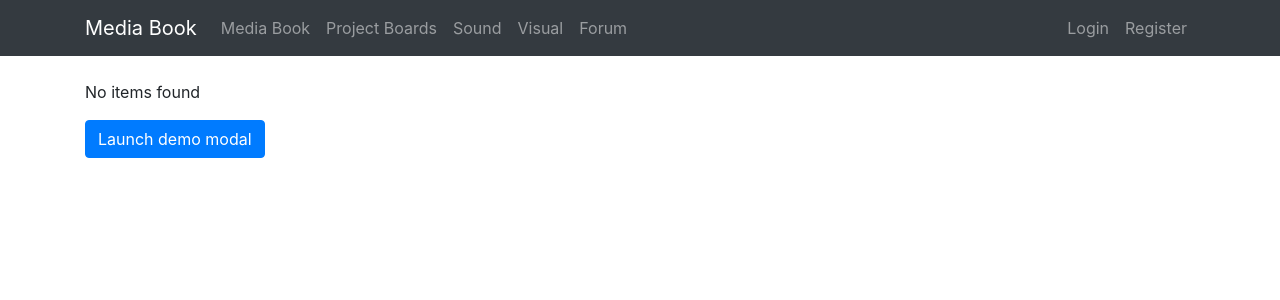
Repository: NateClarkTech/Software-Engineering-3
Page: IdeaBoards/templates/boarddetail.html
An editor plug-in stored every save of this project. The page is shown before and after the next save, followed by the edit.
The browser window is 1280 px wide. The pictures show the whole page.
Some web libraries are served in a nearby version. The template is drawn by Django 5.2. The application's start-up code is not run. Other server files are loaded and not shown. The template is opened directly, without the code that normally fills it, so the values that code supplies are empty.

Above is the page before, as saved 2024-04-11 09:15:23.

### IdeaBoards/templates/boarddetail.html
{% extends 'base.html' %}

{% block title %}{% endblock %}

{% block content %}
<!-- Source: https://getbootstrap.com/docs/5.3/components/modal/ -->
<!-- Modal -->
<div class="modal fade" id="createBoardItem" tabindex="-1" role="dialog" aria-labelledby="CreateItemModalLabel" aria-hidden="true">
    <div class="modal-dialog" role="document">
      <div class="modal-content">
        <div class="modal-header">
          <h5 class="modal-title" id="CreateItemModalLabel">Create New Item</h5>
          <button type="button" class="close" data-dismiss="modal" aria-label="Close">
            <span aria-hidden="true">&times;</span>
          </button>
        </div>
        <div class="modal-body">
            <form method="POST">
                {{ form.as_p }}
                {% csrf_token %}
                <button type="submit">Create</button>
            </form>
        </div>
        <div class="modal-footer">
          <button type="button" class="btn btn-secondary" data-dismiss="modal">Close</button>
          <button type="button" class="btn btn-primary">Save changes</button>
        </div>
      </div>
    </div>
  </div>


    <div>
        <h1>{{ board.title }}</h1>
        <p>{{ board.description }}</p>
    </div>

    <div>
        {% if items %}
            {% for item in items %}
                <div>
                    <h2>{{ item.name }}</h2>
                    <p>{{ item.description }}</p>
                </div>
            {% endfor %}
        {% else %}
            <p>No items found</p>
            <!-- Button trigger modal -->
            <button type="button" class="btn btn-primary" data-toggle="modal" data-target="#createBoardItem">
                Launch demo modal
              </button>
        {% endif %}
    </div>


{% endblock %}

### MediaBook/templates/base.html
<!DOCTYPE html>
<html lang="en">
<head>
    <meta charset="UTF-8">
    <meta name="viewport" content="width=device-width, initial-scale=1, shrink-to-fit=no">
    <title>{% block title %}{% endblock %}</title>
    <link rel="stylesheet" href="https://stackpath.bootstrapcdn.com/bootstrap/4.5.2/css/bootstrap.min.css">
    <!-- Add custom stylesheets here -->
    {% block stylesheets %}{% endblock %}
</head>
<body>
    <!-- Navbar -->
    {% include 'navbar.html' %}

    <!-- Main content -->
    <div class="container mt-4">
        {% block content %}{% endblock %}
    </div>

    <script src="https://code.jquery.com/jquery-3.5.1.slim.min.js"></script>
    <script src="https://cdn.jsdelivr.net/npm/@popperjs/core@2.5.4/dist/umd/popper.min.js"></script>
    <script src="https://stackpath.bootstrapcdn.com/bootstrap/4.5.2/js/bootstrap.min.js"></script>
    <!-- Add custom scripts here -->
    {% block scripts %}{% endblock %}
</body>
</html>

### MediaBook/templates/navbar.html
<nav class="navbar navbar-expand-lg navbar-dark bg-dark">
    <div class="container">
        <a class="navbar-brand" href="{% url 'home' %}">Media Book</a>
        <button class="navbar-toggler" type="button" data-toggle="collapse" data-target="#navbarNavAltMarkup" aria-controls="navbarNavAltMarkup" aria-expanded="false" aria-label="Toggle navigation">
            <span class="navbar-toggler-icon"></span>
        </button>
        <div class="collapse navbar-collapse" id="navbarNavAltMarkup">
            <ul class="navbar-nav mr-auto">
                <li class="nav-item">
                    <a class="nav-link" href="{% url 'home' %}">Media Book</a>
                </li>
                <li class="nav-item">
                    <a class="nav-link" href="#">Project Boards</a> <!-- Placeholder href -->
                </li>
                <li class="nav-item">
                    <a class="nav-link" href="#">Sound</a> <!-- Placeholder href -->
                </li>
                <li class="nav-item">
                    <a class="nav-link" href="#">Visual</a> <!-- Placeholder href -->
                </li>
                <li class="nav-item">
                    <a class="nav-link" href="{% url 'forum_home' %}">Forum</a>
                </li>
            </ul>
            <ul class="navbar-nav ml-auto">
                {% if user.is_authenticated %}
                <li class="nav-item dropdown">
                    <a class="nav-link dropdown-toggle" href="#" id="notificationsDropdown" role="button" data-toggle="dropdown" aria-haspopup="true" aria-expanded="false">
                        <i class="fas fa-bell"></i>
                        {% if global_notifications.count %}
                            <span class="badge badge-danger">{{ global_notifications.count }}</span>
                        {% endif %}
                    </a>
                    <div class="dropdown-menu dropdown-menu-right" aria-labelledby="notificationsDropdown">
                        {% for notification in global_notifications|slice:":5" %}
                            <a class="dropdown-item" href={% url 'thread_detail' notification.thread.id %}>
                                {{ notification.get_notification_type_display }} - {{ notification.date }}
                            </a>
                        {% empty %}
                            <a class="dropdown-item" href="#">No new notifications</a>
                        {% endfor %}
                        <div class="dropdown-divider"></div>
                        <a class="dropdown-item text-center" href="{% url 'notifications' %}">See all notifications</a>
                    </div>
                </li>
                    <li class="nav-item dropdown">
                        <a class="nav-link dropdown-toggle" href="#" id="navbarDropdownMenuLink" role="button" data-toggle="dropdown" aria-haspopup="true" aria-expanded="false">
                            Profile
                        </a>
                        <div class="dropdown-menu" aria-labelledby="navbarDropdownMenuLink">
                            <!-- Add additional profile-related links here -->
                            <a class="dropdown-item" href="{% url 'logout' %}">Logout</a>
                        </div>
                    </li>
                {% else %}
                    <li class="nav-item">
                        <a class="nav-link" href="{% url 'login' %}">Login</a>
                    </li>
                    <li class="nav-item">
                        <a class="nav-link" href="{% url 'register' %}">Register</a>
                    </li>
                {% endif %}
            </ul>
        </div>
    </div>
</nav>

After the next save:
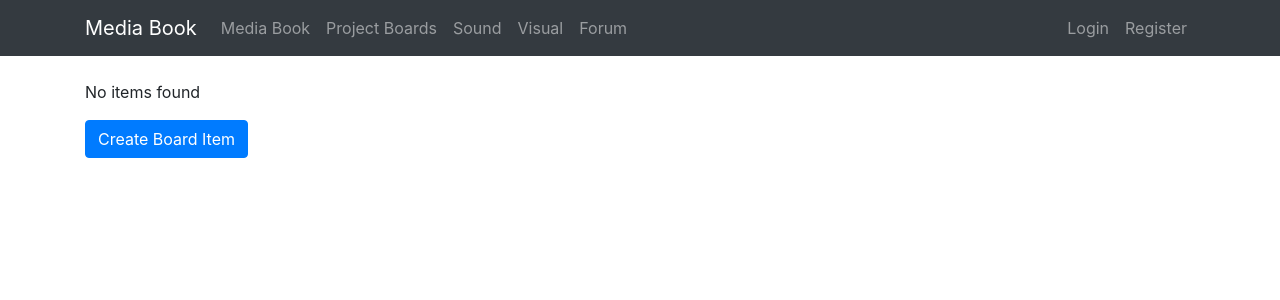
Saved 3 min 43 s later.
--- a/IdeaBoards/templates/boarddetail.html
+++ b/IdeaBoards/templates/boarddetail.html
@@ -45,11 +45,13 @@
             {% endfor %}
         {% else %}
             <p>No items found</p>
-            <!-- Button trigger modal -->
-            <button type="button" class="btn btn-primary" data-toggle="modal" data-target="#createBoardItem">
-                Launch demo modal
-              </button>
+
+
         {% endif %}
+        <!-- Button trigger modal -->
+        <button type="button" class="btn btn-primary" data-toggle="modal" data-target="#createBoardItem">
+            Create Board Item
+        </button>
     </div>
 
 
